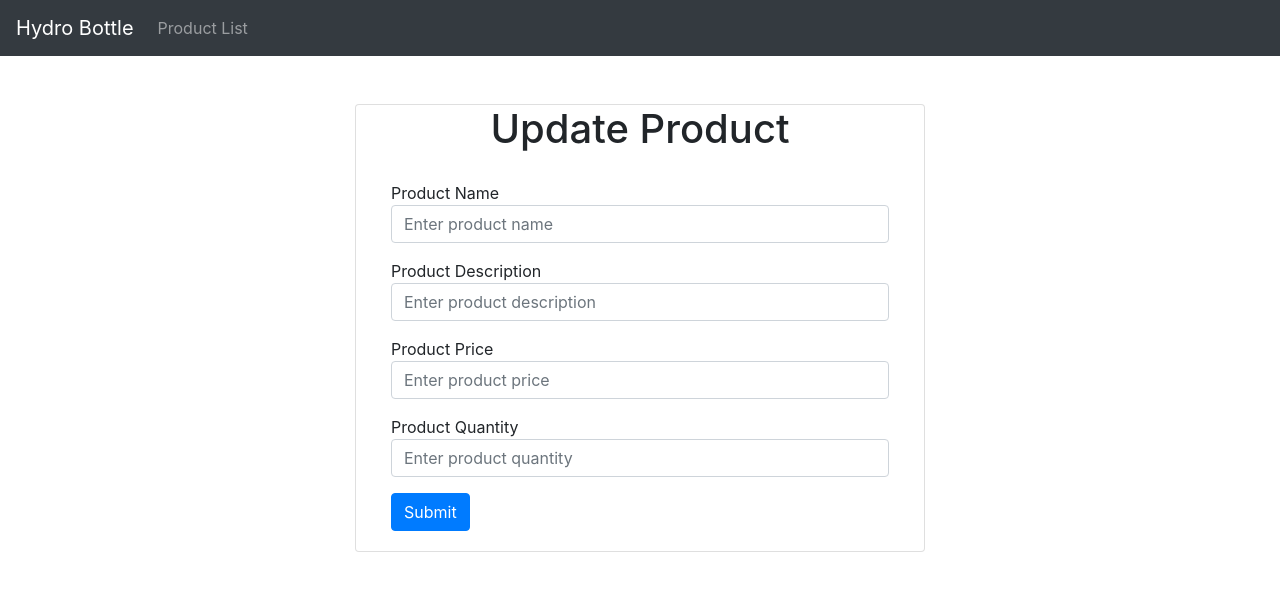
Repository: Junholee369/Junho_Lee_Capstone
Page: http://localhost/edit_Product
These files come from the project's save history. The page is drawn as it stood at one moment and after the next save; the edit follows.
The browser window is 1280 px wide. The pictures show the whole page.
The page is this project's Thymeleaf template; nobody is signed in. The template is opened directly, without the code that normally fills it, so the values that code supplies are empty.

Above is the page before, as saved 2022-06-23 19:23:24.

After the next save:
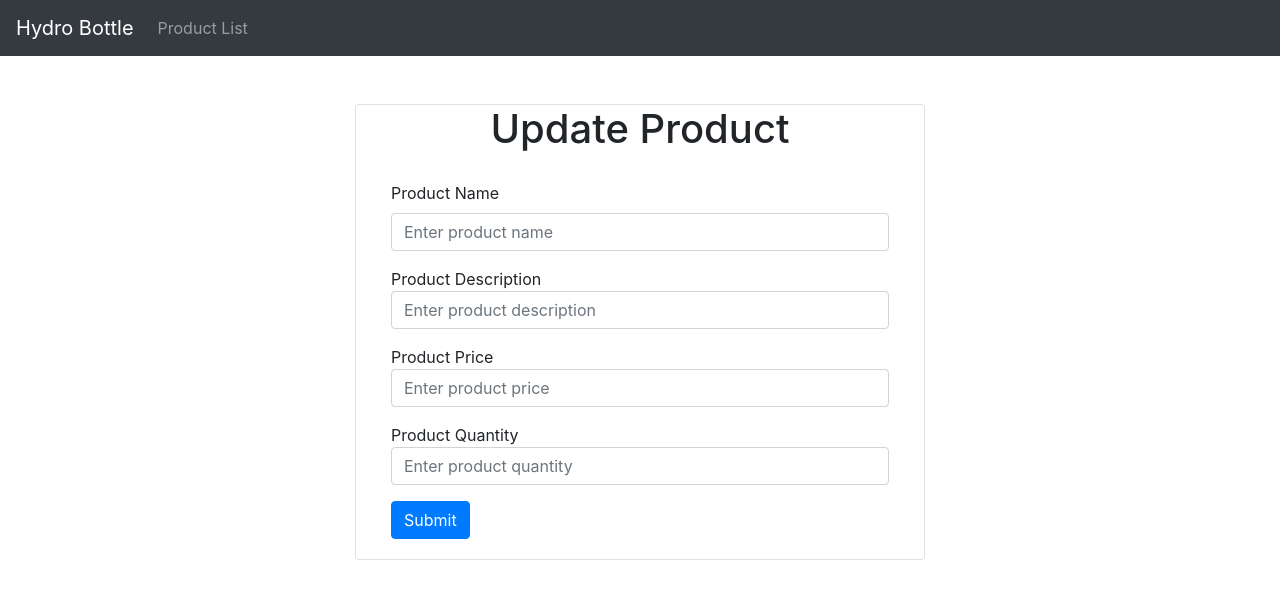
Saved 59 s later.
--- a/Inventory_Management_Capstone/src/main/resources/templates/edit_Product.html
+++ b/Inventory_Management_Capstone/src/main/resources/templates/edit_Product.html
@@ -43,7 +43,7 @@
 						th:object="${product}" method="POST">
 
 						<div class="form-group">
-							<lable> Product Name</lable>
+							<label> Product Name</label>
 							<input type="text" name="productName" th:field="*{productName}"
 								class="form-control" placeholder="Enter product name" />
 						</div>
